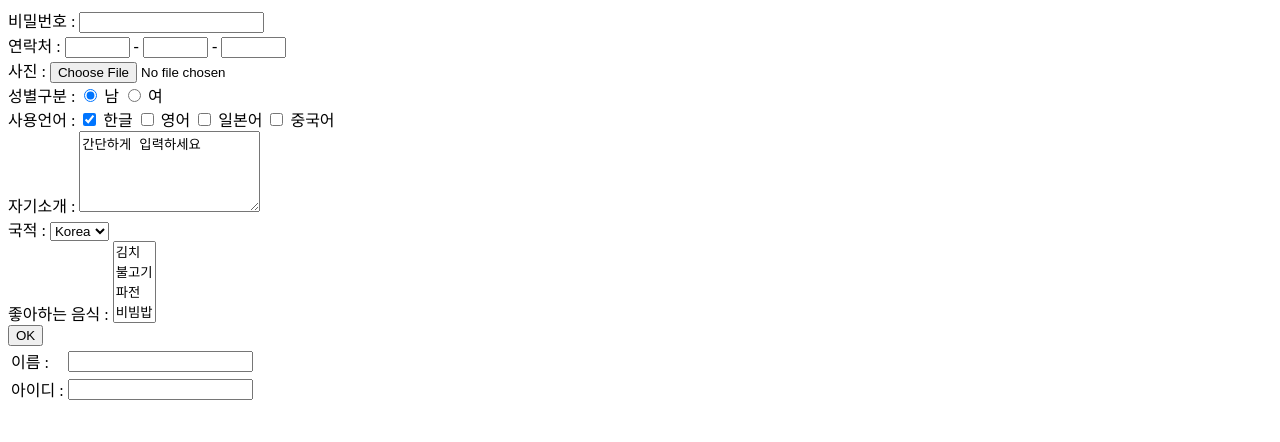
Repository: usonihs/StudyX
Page: JSP/HTML/src/main/webapp/Lec06Quiz.html
The author's editor kept a copy of each file at every save. The page is drawn from the files as they stood at one save, then again after the next save.
The browser window is 1280 px wide. The pictures show the whole page.

Above is the page before, as saved 2022-10-19 06:31:34.

After the next save:
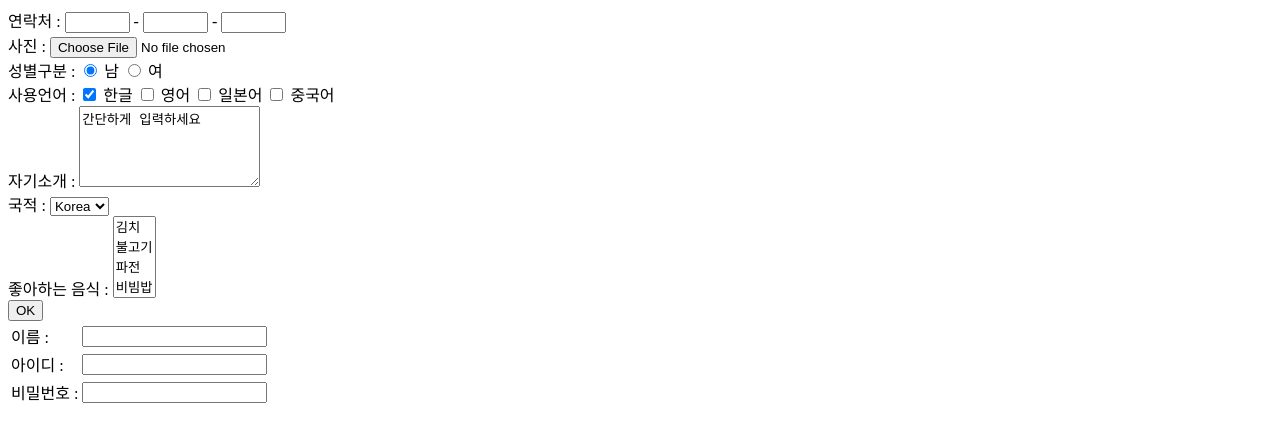
Saved 55 s later.
--- a/JSP/HTML/src/main/webapp/Lec06Quiz.html
+++ b/JSP/HTML/src/main/webapp/Lec06Quiz.html
@@ -15,6 +15,7 @@
 		 <input type="text" name="userName"><br>
 		</td>
 		</tr>
+
 		<tr>
 		<td>
 		아이디 :
@@ -23,11 +24,21 @@
 		 <input type="text" name="userId"><br>
 		</td>
 		</tr>
-		비밀번호 : <input type="password" name="userPassword"><br>
+
+		<tr>
+		<td>
+		비밀번호 :
+		</td>
+		<td>
+		 <input type="password" name="userPassword"><br>
+		</td>
+		</tr>
+
 		연락처 :
 		<input type="text" name="phone1" size="5"> -
 		<input type="text" name="phone2" size="5"> -
 		<input type="text" name="phone3" size="5"> <br>
+
 		사진 : <input type="file" name="picture"><br>
 		성별구분 :
 		<input type="radio" name="gender" Value="man" checked="checked"> 남
